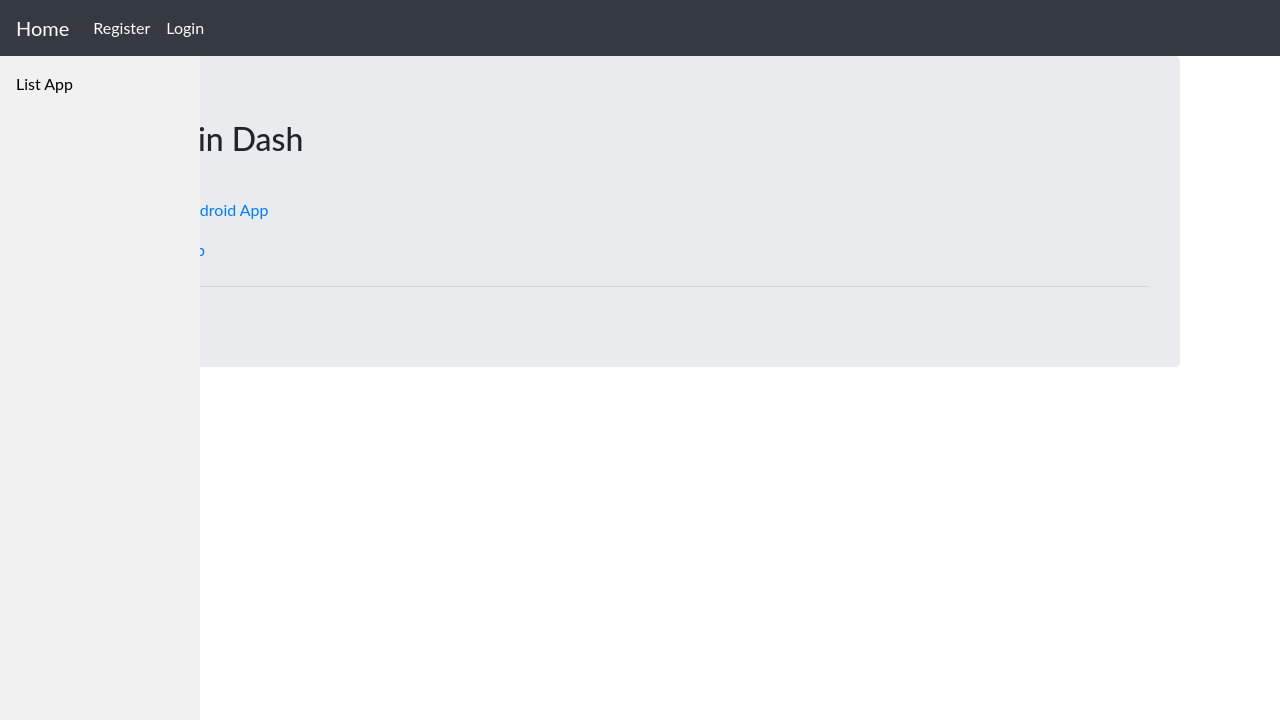
Repository: prabhat8701/nextgrowth_lab_task-main
Page: http://localhost/adminDash/
The author's editor kept a copy of each file at every save. The page is drawn from the files as they stood at one save, then again after a run of saves.
The browser window is 1280 px wide. The pictures show the whole page.
The page is served by the project's application, run on Django 4.2 (manage.py).

Above is the page before, as saved 2023-07-31 18:36:11.

After the next 4 saves:
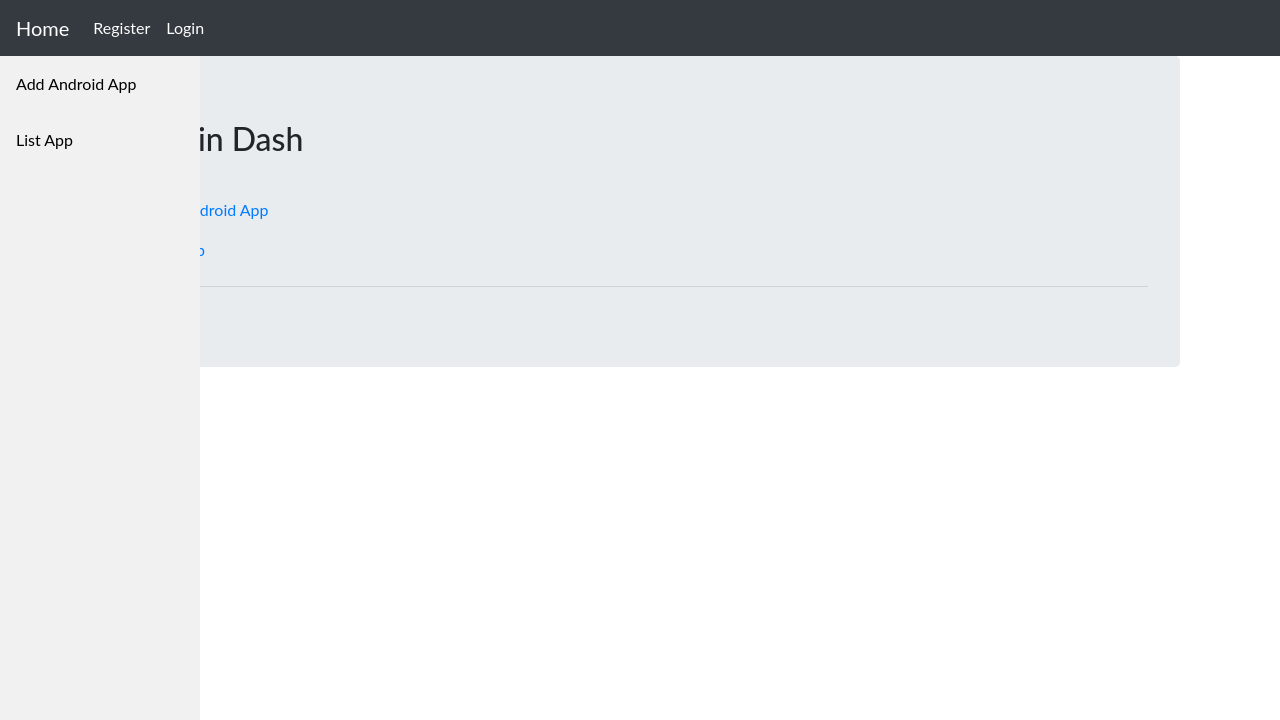
The 4 saves are shown as one change because they came seconds apart.
The last was saved 15 s later.
--- a/nextgrowAi/SET_2/next_project/templates/gradesApp/base1.html
+++ b/nextgrowAi/SET_2/next_project/templates/gradesApp/base1.html
@@ -103,14 +103,10 @@ div.content {
 <body>
 
 <div class="sidebar">
-  <!-- <a class="active" href="#home">Home</a> -->
-  {% if is_admin_user %}
+
   <a class="nav-link" href="{% url 'add_android_app' %}">Add Android App</a>
   <a class="nav-link" href="{% url 'app_list' %}">List App</a>
 
-  {% else %}
-  <a class="nav-link" href="{% url 'app_list' %}">List App</a>
-  {% endif %}
   <!-- <a href="#news">News</a>
   <a href="#contact">Contact</a>
   <a href="#about">About</a> -->
